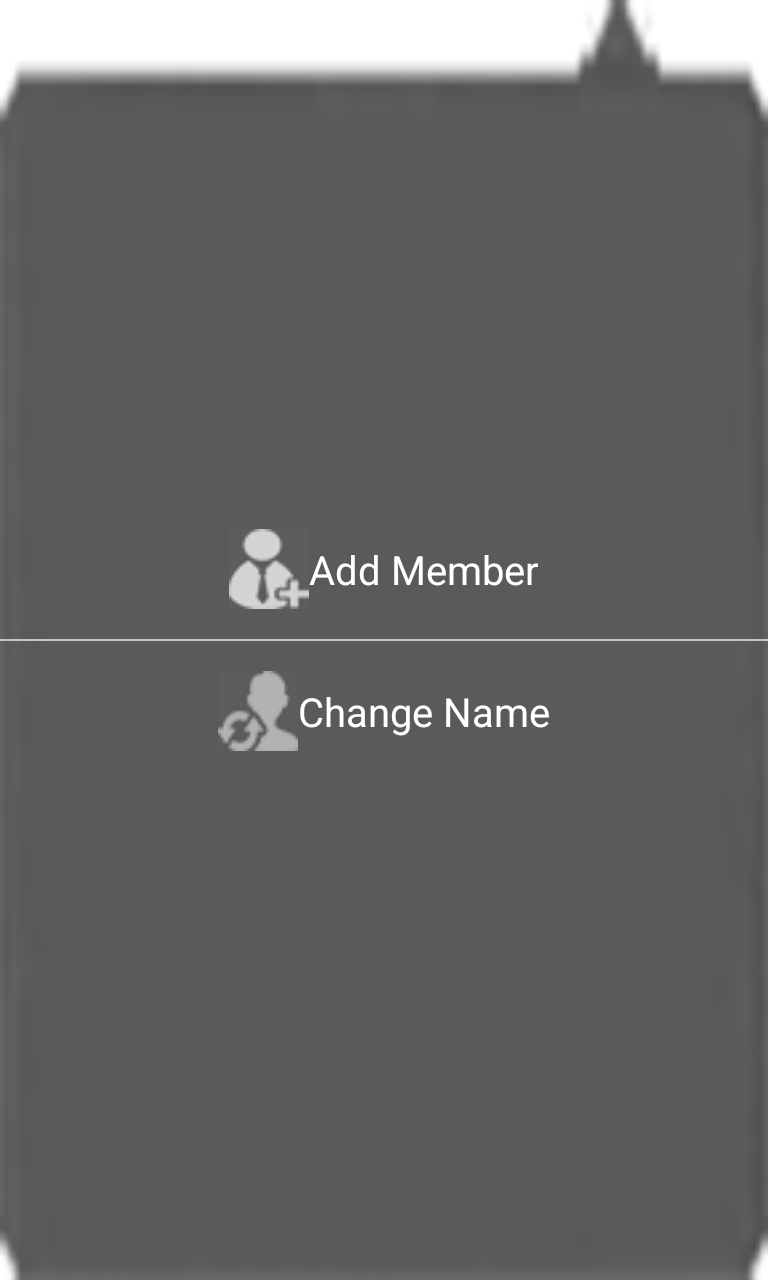
Repository: GitDidNotExitCleanly/FaceLabel
Layout: FaceLabel/res/layout/activity_group_setting_dropdown.xml
These files come from the project's save history. The layout is drawn as it stood at one moment and after the next save; the edit follows.
It is drawn on a 768 x 1280 px phone screen (xhdpi) without system bars, with theme AppTheme; the app's code is not run.

Above is the layout before, as saved 2015-05-12 15:24:57.

### FaceLabel/res/layout/activity_group_setting_dropdown.xml
<?xml version="1.0" encoding="utf-8"?>
<LinearLayout xmlns:android="http://schemas.android.com/apk/res/android"
    android:id="@+id/dropdown_layout"
    android:layout_width="wrap_content"
    android:layout_height="wrap_content"
    android:gravity="center"
    android:orientation="vertical"
    android:background ="@drawable/dropdown_menu" >

    <LinearLayout
        android:id="@+id/activity_group_setting_addMissingMember"
        android:layout_width="match_parent"
        android:layout_height="wrap_content"
        android:layout_marginBottom="15dp"
        android:layout_marginLeft="2dp"
        android:layout_marginRight="2dp"
        android:layout_marginTop="20dp"
        android:gravity="center" >

        <ImageView
            android:layout_width="40dp"
            android:layout_height="40dp"
            android:src="@drawable/activity_group_add_member" />

        <TextView
            android:layout_width="wrap_content"
            android:layout_height="wrap_content"
            android:text="Add Member"
            android:textColor="#fff"
            android:gravity="center"
            android:textSize="20sp" />
    </LinearLayout>

    <View
		android:layout_width="wrap_content"
		android:layout_height="1dp"
		android:background="#C6C6C6"/>

    <LinearLayout
        android:id="@+id/activity_group_setting_changeName"
        android:layout_width="match_parent"
        android:layout_height="wrap_content"
        android:layout_marginBottom="20dp"
        android:layout_marginLeft="2dp"
        android:layout_marginRight="2dp"
        android:layout_marginTop="15dp"
        android:gravity="center" >

        <ImageView
            android:layout_width="40dp"
            android:layout_height="40dp"
            android:src="@drawable/activity_group_change_name" />

        <TextView
            android:layout_width="wrap_content"
            android:layout_height="wrap_content"
            android:text="Change Name"
            android:textColor="#fff"
            android:gravity="center"
            android:textSize="20sp" />

    </LinearLayout>

</LinearLayout>

### FaceLabel/res/values/styles.xml
<resources>

    <!--
        Base application theme, dependent on API level. This theme is replaced
        by AppBaseTheme from res/values-vXX/styles.xml on newer devices.
    -->
    <style name="AppBaseTheme" parent="android:Theme.Light">
        <!--
            Theme customizations available in newer API levels can go in
            res/values-vXX/styles.xml, while customizations related to
            backward-compatibility can go here.
        -->
    </style>

    <!-- Application theme. -->
    <style name="AppTheme" parent="AppBaseTheme">
        <!-- All customizations that are NOT specific to a particular API-level can go here. -->
    </style>

    <style name="PopupMenuAnimation" parent="android:Animation">
        <item name="android:windowEnterAnimation">@anim/slide_up_dialog</item>
        <item name="android:windowExitAnimation">@anim/slide_out_down</item>
	</style>

</resources>

Loaded but not shown: FaceLabel/res/values-v11/styles.xml (common file); FaceLabel/res/values-v14/styles.xml (common file)

After the next save:
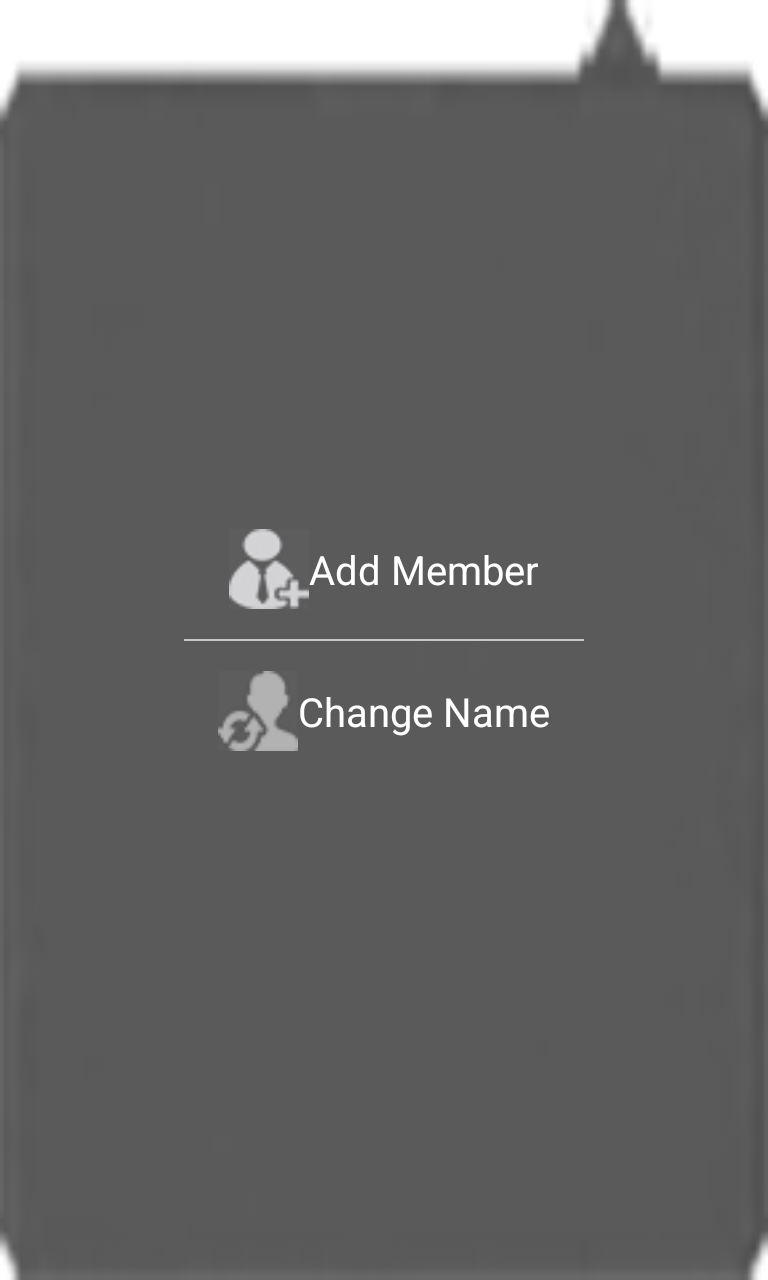
Saved 85 s later.
--- a/FaceLabel/res/layout/activity_group_setting_dropdown.xml
+++ b/FaceLabel/res/layout/activity_group_setting_dropdown.xml
@@ -32,7 +32,7 @@
     </LinearLayout>
 
     <View
-		android:layout_width="wrap_content"
+		android:layout_width="200dp"
 		android:layout_height="1dp"
 		android:background="#C6C6C6"/>
 
